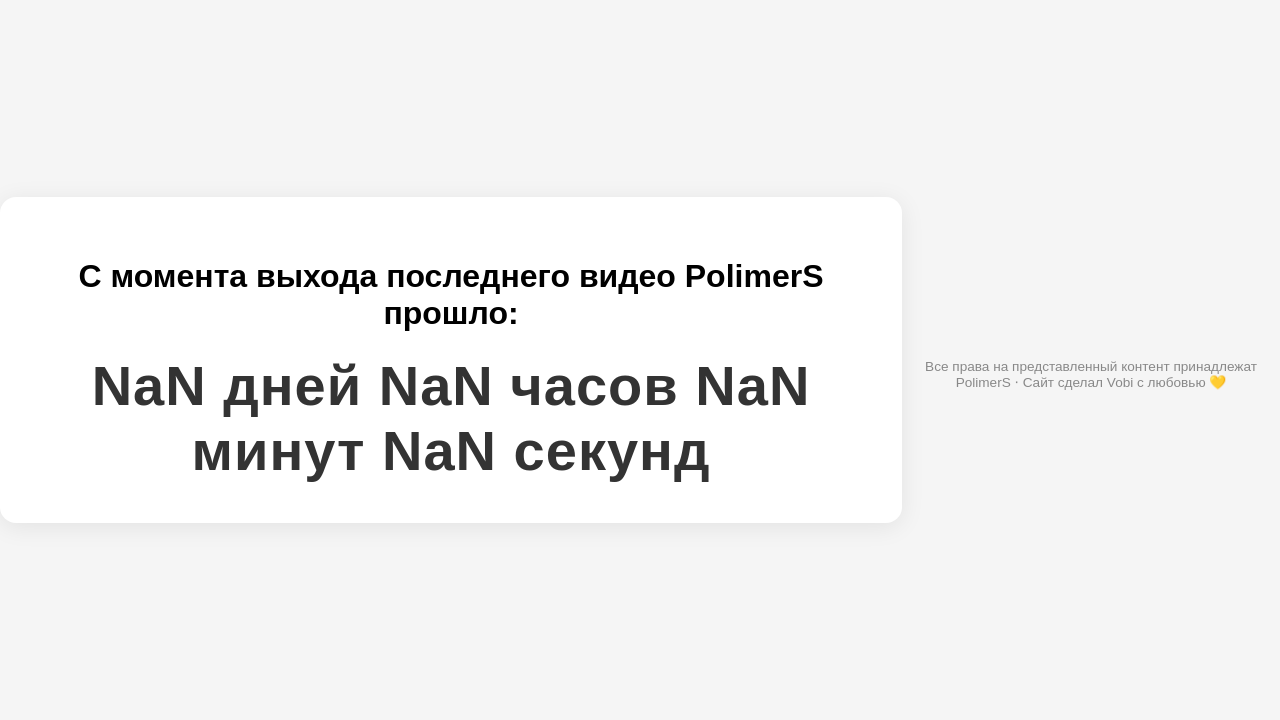
Repository: oncube-dev/OnCube-dev_website
Page: timer_from_Poli_video/app/templates/index.html
These files come from the project's save history. The page is drawn as it stood at one moment and after the next save; the edit follows.
The browser window is 1280 px wide. The pictures show the whole page.

Above is the page before, as saved 2025-07-18 01:15:23.

After the next save:
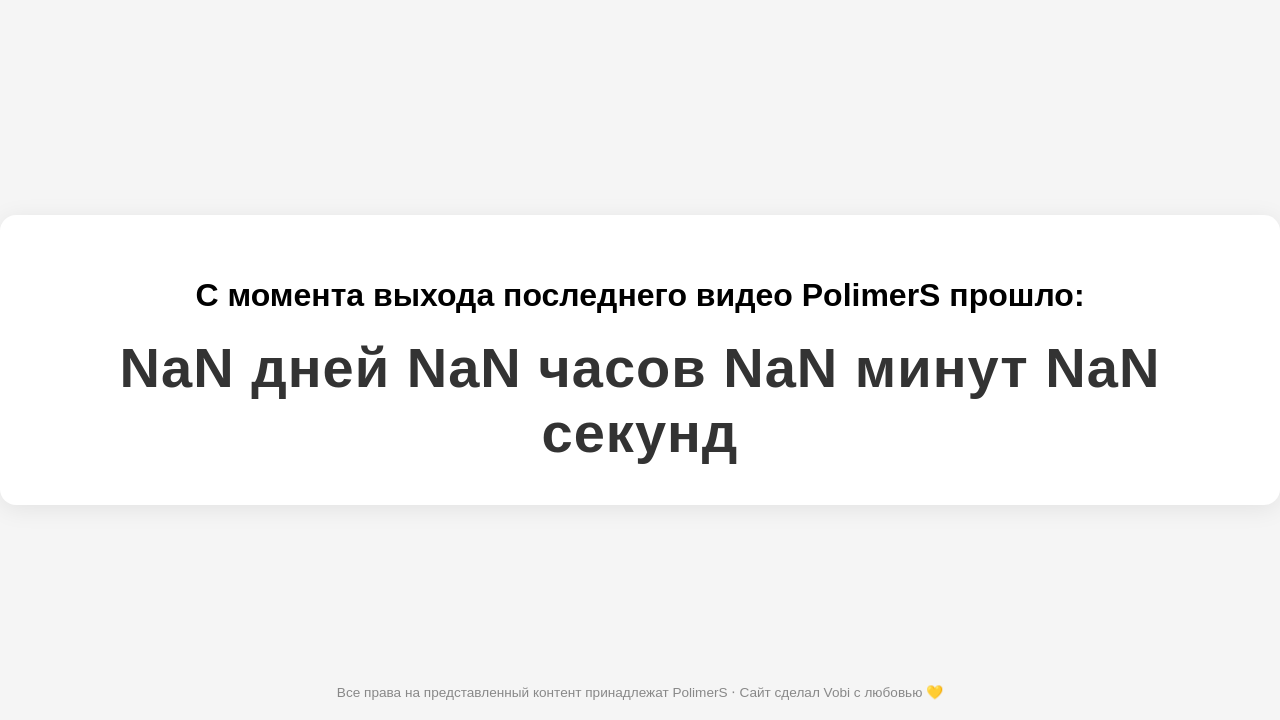
Saved 2 min 35 s later.
--- a/timer_from_Poli_video/app/static/style.css
+++ b/timer_from_Poli_video/app/static/style.css
@@ -34,6 +34,10 @@
     font-size: 0.85rem;
     color: #888;
     text-align: center;
-    margin-top: 40px;
-    margin-bottom: 12px;
+    position: fixed;
+    left: 0;
+    right: 0;
+    bottom: 20px;
+    margin: 0;
+    z-index: 100;
 }
